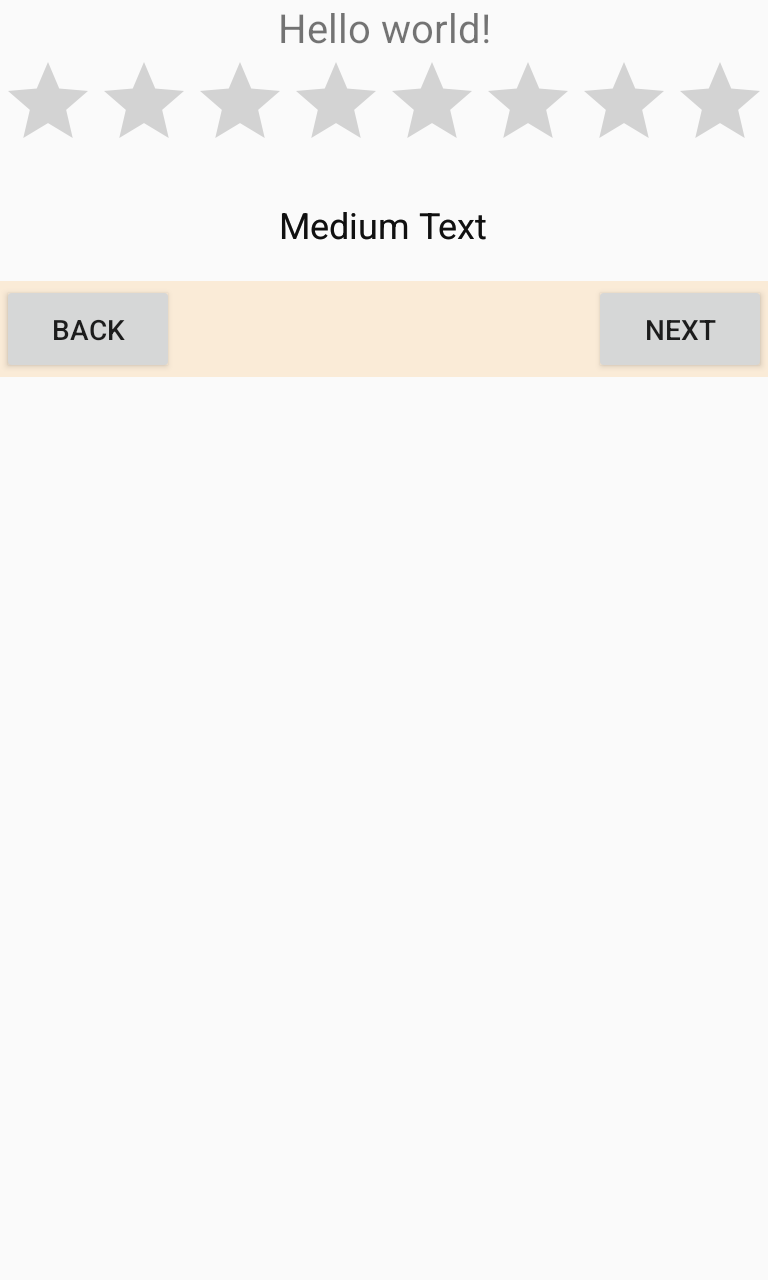
Repository: stevelyall/ERapp
Layout: ERsurvey/res/layout/activity_survey.xml
These files come from the project's save history. The layout is drawn as it stood at one moment and after the next save; the edit follows.
It is drawn on a 768 x 1280 px phone screen (xhdpi) without system bars, with theme AppTheme; the app's code is not run.

Above is the layout before, as saved 2014-10-26 02:02:27.

After the next save:
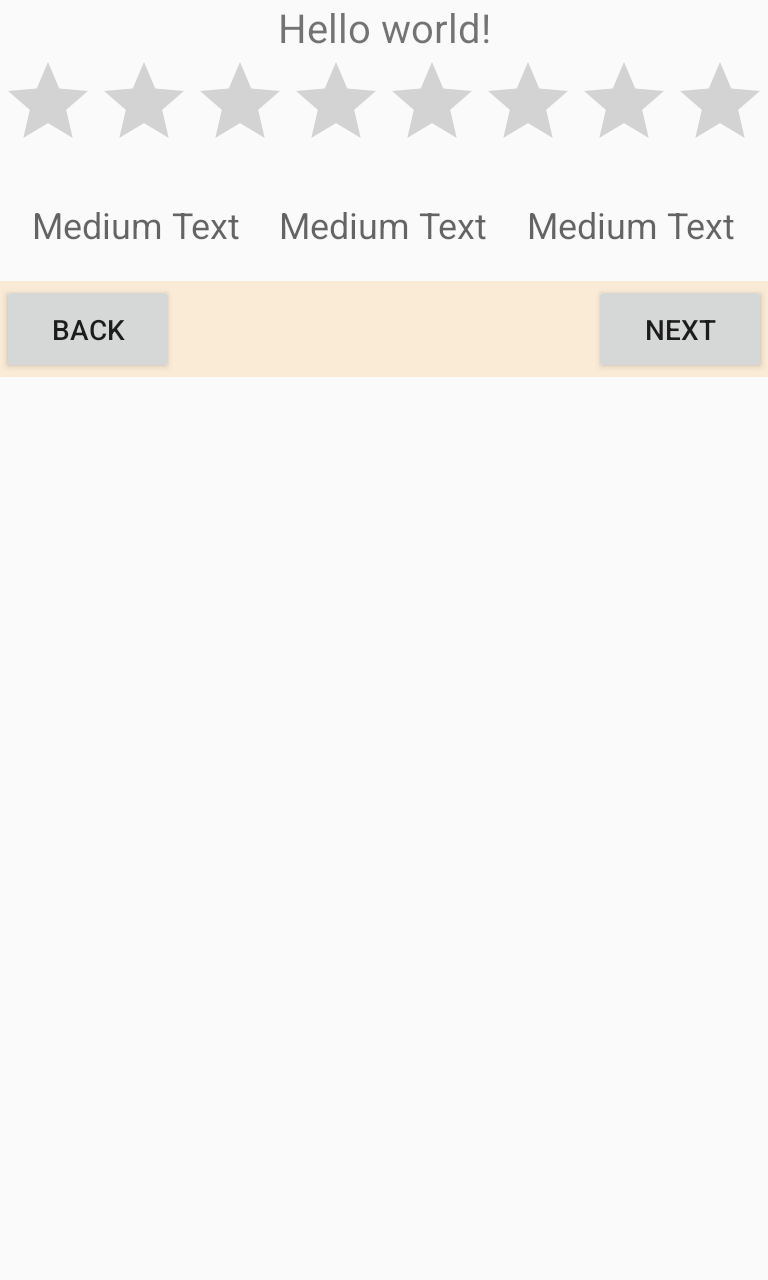
Saved 100 s later.
--- a/ERsurvey/res/layout/activity_survey.xml
+++ b/ERsurvey/res/layout/activity_survey.xml
@@ -53,21 +53,22 @@
             android:textAppearance="?android:attr/textAppearanceMedium" />
 
         <TextView
-            android:id="@+id/highDesc"
+            android:id="@+id/lowDesc"
             android:layout_width="wrap_content"
             android:layout_height="wrap_content"
-            android:layout_centerHorizontal="true"
+            android:layout_alignParentLeft="true"
             android:layout_centerVertical="true"
+            android:layout_marginLeft="0dp"
             android:text="Medium Text"
             android:textAppearance="?android:attr/textAppearanceMedium" />
 
         <TextView
-            android:id="@+id/lowDesc"
+            android:id="@+id/highDesc"
             android:layout_width="wrap_content"
             android:layout_height="wrap_content"
-            android:layout_alignBaseline="@+id/highDesc"
-            android:layout_alignBottom="@+id/highDesc"
-            android:layout_centerHorizontal="true"
+            android:layout_alignBaseline="@+id/lowDesc"
+            android:layout_alignBottom="@+id/lowDesc"
+            android:layout_alignParentRight="true"
             android:text="Medium Text"
             android:textAppearance="?android:attr/textAppearanceMedium" />
 
